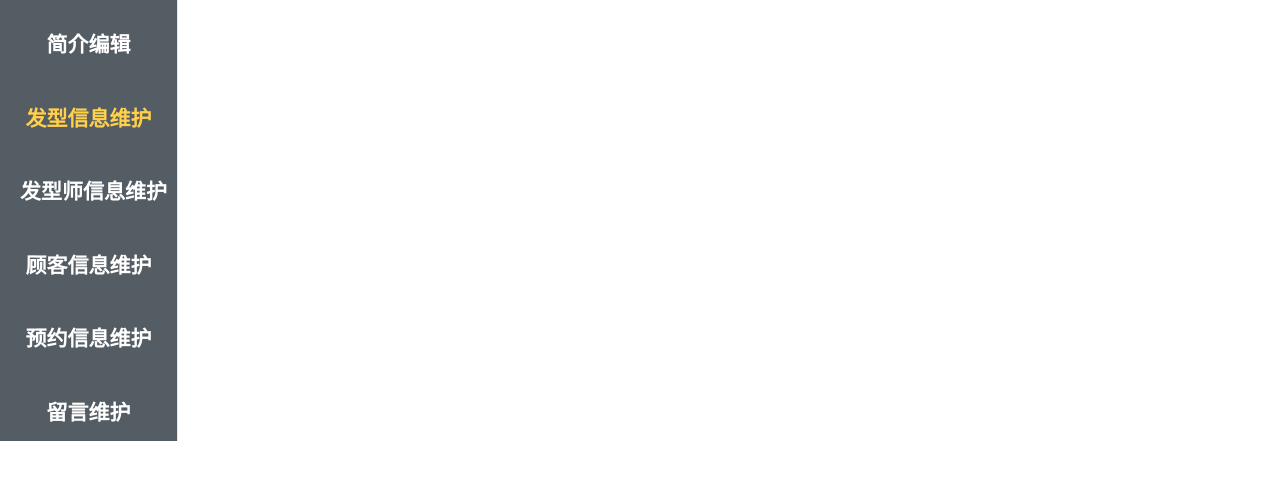
Repository: cjl0805/graduation-design-front
Page: /back/home
An editor plug-in stored every save of this project. The page is shown before and after the next save, followed by the edit.
The browser window is 1280 px wide. The pictures show the whole page.
The project was rebuilt for these pictures with package versions that can differ from the ones it lists, and the page was loaded fresh each time. Also part of the build but not shown: vue.config.js, src/components/RotationChart.vue, src/components/NavigationBar.vue, src/components/HairStylist.vue, src/components/HairStyle.vue, src/views/font/HairStyleView.vue, src/views/font/HairStylistView.vue, src/views/font/HomeView.vue and 17 more.

Above is the page before, as saved 2023-04-18 08:46:40.

After the next save:
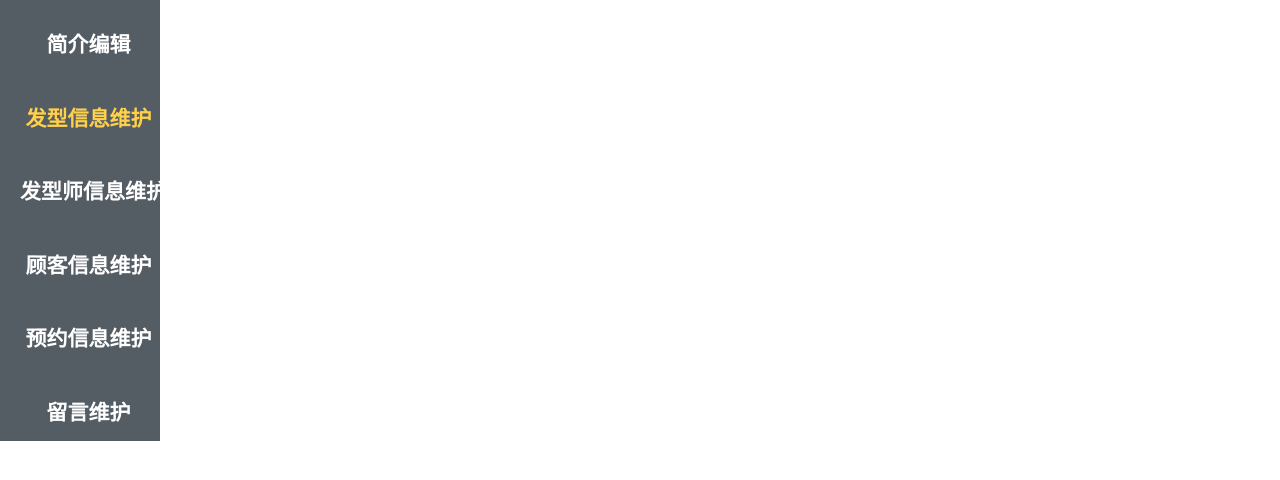
Saved 35 s later.
--- a/src/views/back/MainView.vue
+++ b/src/views/back/MainView.vue
@@ -74,4 +74,14 @@ body,
 .el-container {
   height: 100%;
 }
+.aside {
+  width: 160px;
+  background-color: #0080c9;
+  overflow: hidden;
+}
+.el-aside {
+  height: 100%;
+  overflow-x: hidden;
+  overflow-y: scroll;
+}
 </style>
